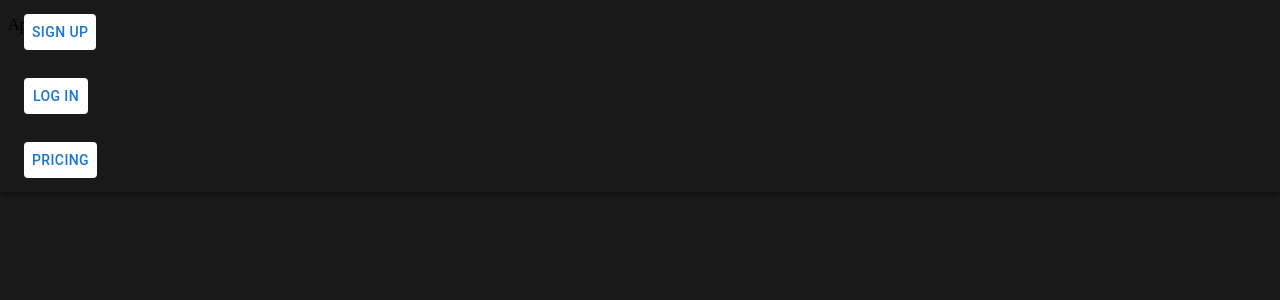
Repository: Armstrong2035/ikigai
Page: / (app in Ikigai/ikigai/)
The author's editor kept a copy of each file at every save. The page is drawn from the files as they stood at one save, then again after a run of saves.
The browser window is 1280 px wide. The pictures show the whole page.
The project was rebuilt for these pictures with package versions that can differ from the ones it lists, and the page was loaded fresh each time. The framework's server and built-in components were replaced by stand-ins that run in the browser. Also part of the build but not shown: Ikigai/ikigai/next.config.mjs.

Above is the page before, as saved 2024-09-06 18:45:30.

After the next 3 saves:
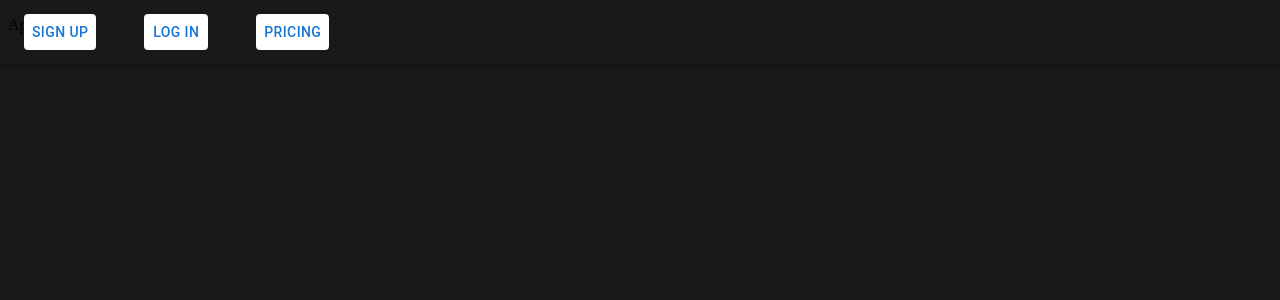
The 3 saves are shown as one change because 2 did not build or start.
The last was saved 38 s later.
--- a/Ikigai/ikigai/components/LandingPage/NavBar/NavBar.js
+++ b/Ikigai/ikigai/components/LandingPage/NavBar/NavBar.js
@@ -1,4 +1,4 @@
-import { AppBar, Toolbar, Button } from "@mui/material";
+import { AppBar, Toolbar, Button, Stack } from "@mui/material";
 
 export default function NavBar() {
   const menuItems = ["Sign up", "Log in", "Pricing"];
@@ -7,11 +7,13 @@ export default function NavBar() {
     <div>
       <p>App bar??</p>
       <AppBar sx={{ backgroundColor: "inherit" }}>
-        {menuItems.map((item, index) => (
-          <Toolbar key={index}>
-            <Button sx={{ backgroundColor: "white" }}>{item}</Button>
-          </Toolbar>
-        ))}
+        <Stack direction="row">
+          {menuItems.map((item, index) => (
+            <Toolbar key={index}>
+              <Button sx={{ backgroundColor: "white" }}>{item}</Button>
+            </Toolbar>
+          ))}
+        </Stack>
       </AppBar>
     </div>
   );
